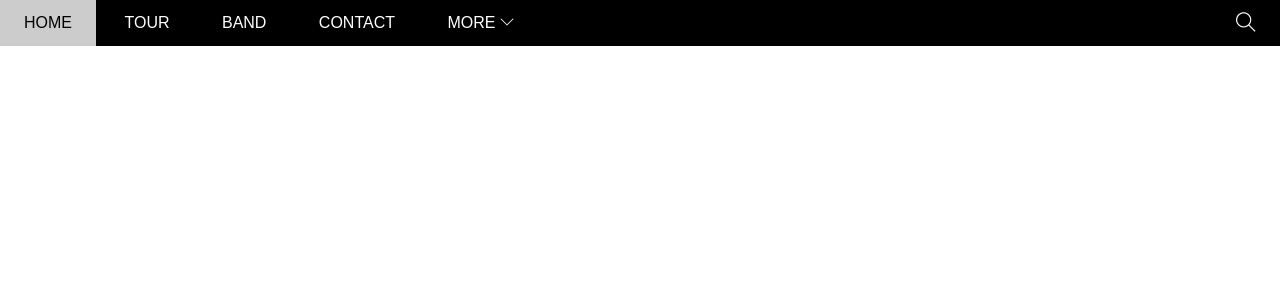
Repository: maivannhan1998/git-w3band
Page: index.html
The author's editor kept a copy of each file at every save. The page is drawn from the files as they stood at one save, then again after the next save.
The browser window is 1280 px wide. The pictures show the whole page.
The pointer rests on the first visible `#header .search-btn`.

Above is the page before, as saved 2021-09-04 20:58:07.

### index.html
<!DOCTYPE html>
<html lang="en">
<head>
    <meta charset="UTF-8">
    <meta http-equiv="X-UA-Compatible" content="IE=edge">
    <meta name="viewport" content="width=device-width, initial-scale=1.0">
    <title>Document</title>
    <link rel="stylesheet" href="./asset/css/style.css">
    <link rel="stylesheet" href="./asset/fontss/themify-icons/themify-icons.css">
</head>
<body>
    <div id="main">
        <div id="header">
            <!-- Begin: nav -->
            <ul id="nav">
                <li><a href="">Home</a></li>
                <li><a href="">Tour</a></li>
                <li><a href="">Band</a></li>
                <li><a href="">Contact</a></li>
                <li><a href="">
                    More
                    <i class="nav-arrow-down ti-angle-down"></i>
                </a>
                    <ul class="subnav">
                        <li><a href="">Merchandise</a></li>
                        <li><a href="">Extras</a></li>
                        <li><a href="">Media</a></li>
                    </ul>
                </li>
            </ul>
            <!-- End: nav -->

            <!-- Begin: Search button -->
            <div class="search-btn">
                <i class="search-icon ti-search"></i>
            </div>
            <!-- End: Search button -->


        </div>

        <div id="slider">

        </div>

        <div id="content">

        </div>

        <div id="footer">

        </div>
    </div>
</body>
</html>

### asset/css/style.css
/* Reset CSS*/
*{
    padding: 0;
    margin: 0;
    box-sizing: border-box;
}

html{
    font-family: Arial, Helvetica, sans-serif;

}

#main{

}

#header{
    height: 46px;
    background-color: #000;
}

#nav {
    display: inline-block ;
}

#nav, .subnav {
    list-style-type: none;
}

#nav > li {
    display: inline-block;
}

#nav li{
    position: relative;

}

#nav > li > a {
    color: #fff;
    text-transform: uppercase;
}

#nav li a {
    padding: 0 24px;
    line-height: 46px;
    display: block;
    text-decoration: none;
}
#nav .subnav li:hover a,
#nav > li:hover > a {
    color: #000;
    background-color: #ccc;
}

#nav .subnav {
    display: none;
    position: absolute;
    top: 100%;
    left: 0;
    min-width: 160px;
    background-color: #fff;
    box-shadow: 0 0 10px rgba(0, 0, 0, 0.3);
}

#nav .subnav a {
    color: #000;
    background-color: #fff;
    padding: 0 12px;
    line-height: 38px;

}

#nav li:hover .subnav {
    display: block;
}

.nav-arrow-down {
    font-size: 14px;
}

#header .search-btn {
    float: right;
    padding: 12px 24px;
}

#header .search-icon {
    color: #fff;
    font-size: 20px;
}

#slider{

}

#content{

}

#footer{

}

Loaded but not shown: asset/fontss/themify-icons/themify-icons.css (common file)

After the next save:
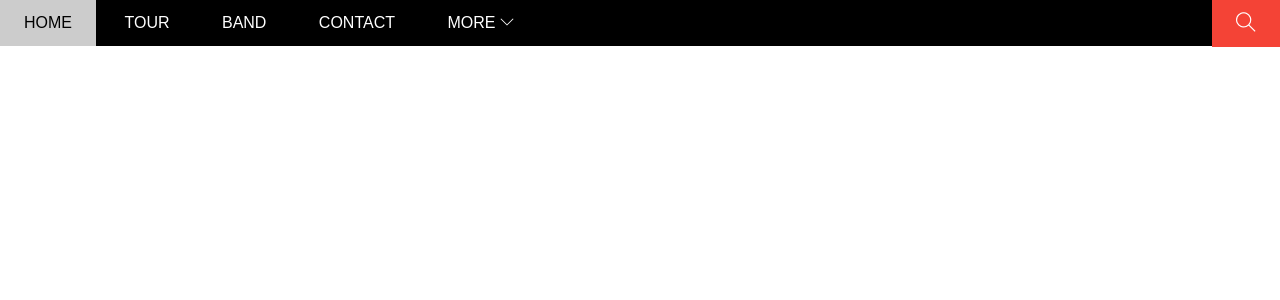
Saved 2 min 39 s later.
--- a/asset/css/style.css
+++ b/asset/css/style.css
@@ -84,6 +84,10 @@
     padding: 12px 24px;
 }
 
+#header .search-btn:hover {
+    background-color: #f44336;
+}
+
 #header .search-icon {
     color: #fff;
     font-size: 20px;
